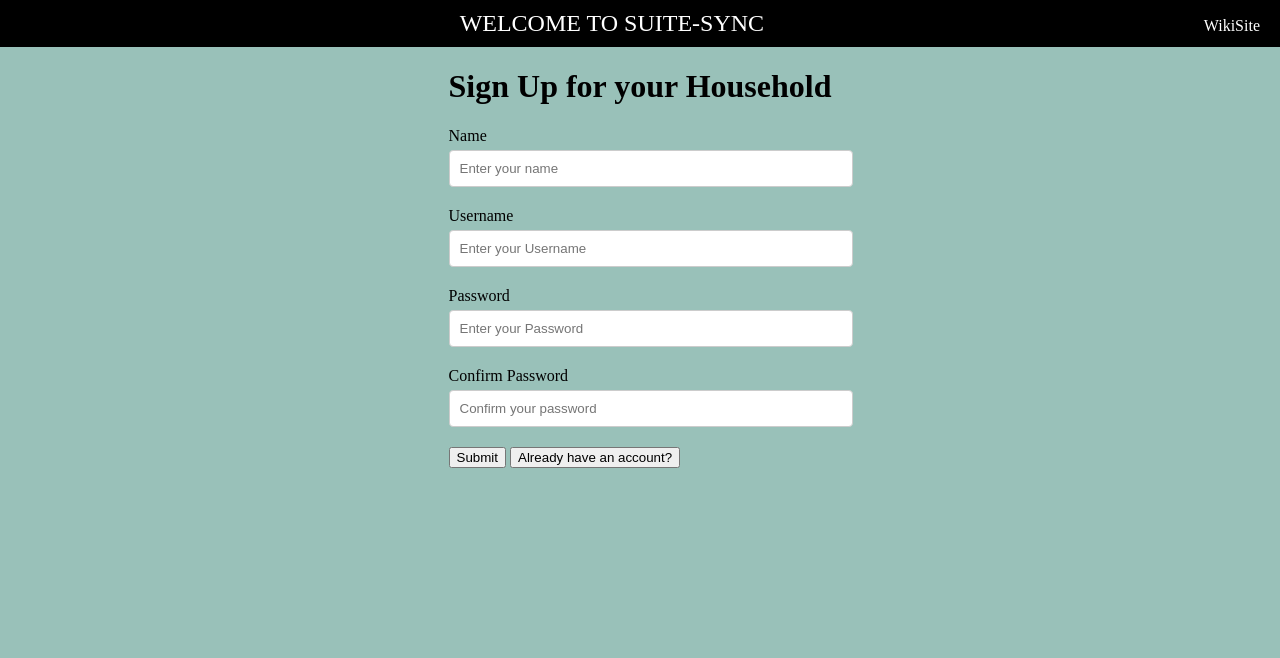
Repository: seojoonl/household-management-webapp
Page: http://localhost/201_final_project/signup.html
The author's editor kept a copy of each file at every save. The page is drawn from the files as they stood at one save, then again after the next save.
The browser window is 1280 px wide. The pictures show the whole page.
The page is served by Tomcat 9.

Above is the page before, as saved 2024-05-07 07:33:42.

After the next save:
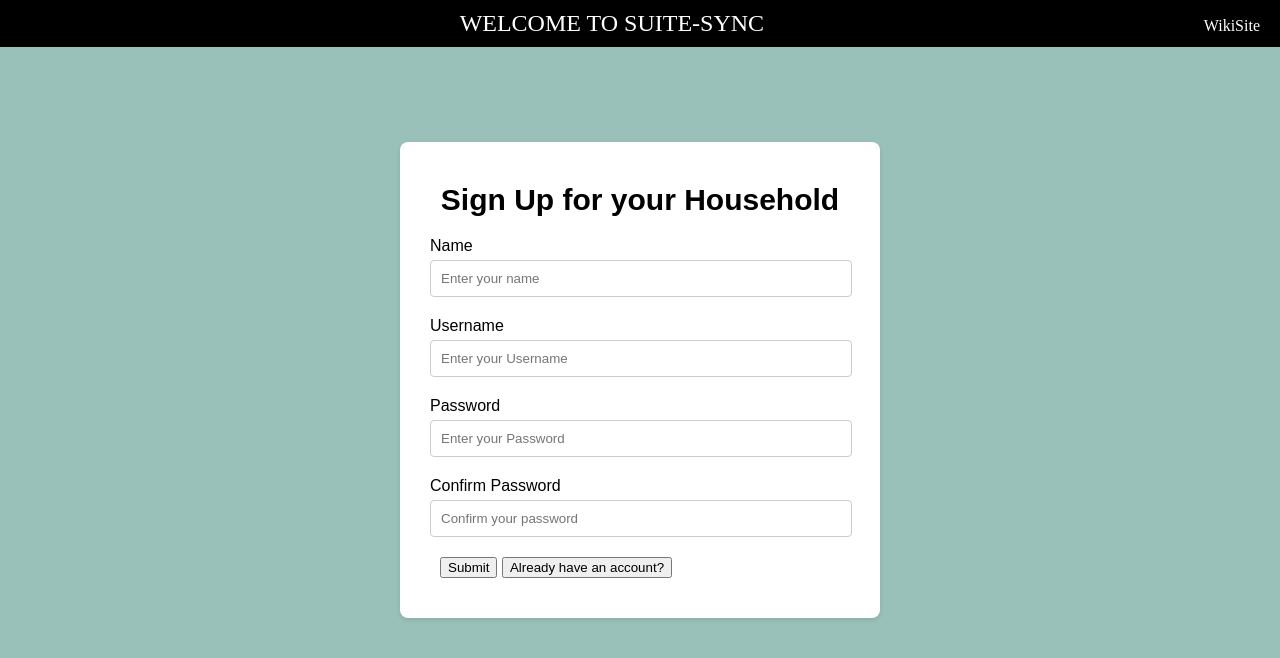
Saved 32 s later.
--- a/201_final_project/src/main/webapp/style.css
+++ b/201_final_project/src/main/webapp/style.css
@@ -77,22 +77,22 @@ header .wiki a {
 	margin-top: 10px;
 }
 
-.signup-container h1 {
+#signup-container h1 {
 	text-align: center;
 	margin-bottom: 20px;
 	margin-top: 1px;
 	font-size: 30px;
 }
 
-.signup-container .input input {
-   margin-left: -10px;
-}
-
-.signup-container .input label {
-   margin-left: -10px;
-}
-
-.signup-container {
+#signup-container .input input {
+   margin-left: -10px;
+}
+
+#signup-container .input label {
+   margin-left: -10px;
+}
+
+#signup-container {
 	background-color: #ffffff;
 	padding: 40px;
 	border-radius: 8px;
